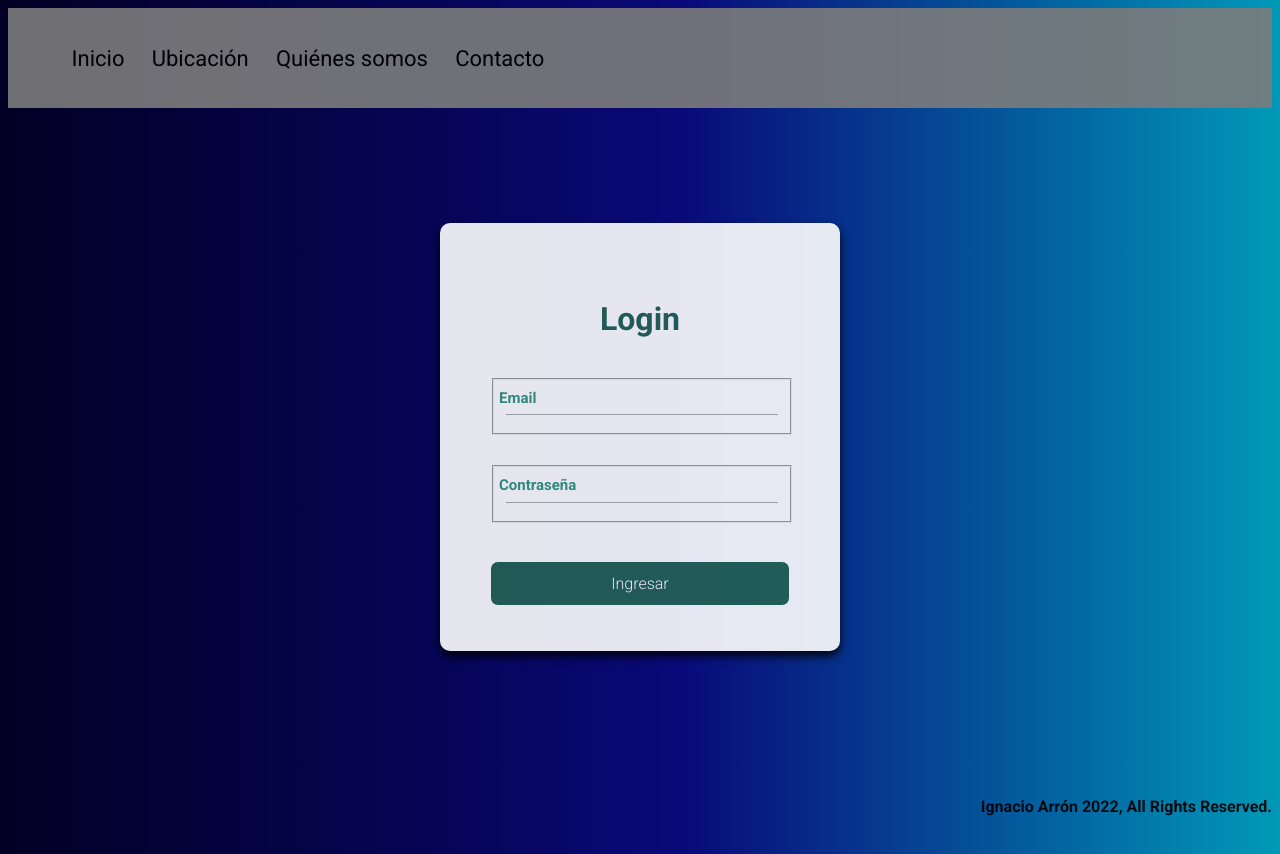
Repository: Divineridh/lppa-parcial2
Page: login.html
An editor plug-in stored every save of this project. The page is shown before and after the next save, followed by the edit.
The browser window is 1280 px wide. The pictures show the whole page.

Above is the page before, as saved 2022-07-04 21:52:05.

### login.html
<!DOCTYPE html>
<html lang="en">
<head>
    <meta charset="UTF-8">
    <meta http-equiv="X-UA-Compatible" content="IE=edge">
    <meta name="viewport" content="width=device-width, initial-scale=1.0">
    <link rel="stylesheet" href="./styles/login.css">
    <link rel="stylesheet" href="./styles/style.css">
    <script src="./scripts/login.js"></script>
    <link rel="shortcut icon" href="images/favicon.ico" type="image/x-icon">
    <title>Login page</title>
</head>
<body>
    <header>
        <nav>
            <a href="#" target="_blank">Inicio</a>
            <a href="#" target="_blank">Ubicación</a>
            <a href="#" target="_blank">Quiénes somos</a>
            <a href="#" target="_blank">Contacto</a>
        </nav>
    </header>
    <form class="form">
        <h2 class="form-title">Login</h2>
        <fieldset class="form-group">
            <label class="form-label-text" for="txtEmail">Email</label>
            <input class="form-text" type="email" id="txtEmail" placeholder=" ">
            <label class="form-label-error hidden" for="txtEmail">Ingrese un email válido</label>
        </fieldset>
        <fieldset class="form-group">
            <label class="form-label-text" for="txtPassword">Contraseña</label>
            <input class="form-text" type="password" id="txtPassword" placeholder=" ">
            <label class="form-label-error hidden" for="txtPassword">Ingrese una contraseña válido</label>
        </fieldset>
        <input class="form-button" type="submit" value="Ingresar" id="loginBtn">
        <label id="label-error-login" class="form-label-error" hidden></label>
    </form>
    <footer>
        <p>
            Ignacio Arrón 2022, All Rights Reserved.
        </p>
    </footer>
</body>
</html>

### styles/login.css
.form{
    background-color: var(--blanco);
    margin: 100px auto;
    width: 90%;
    max-width: 400px;
    padding: 50px;
    padding-bottom: 25px;
    border-radius: 10px;
    box-shadow: 0px 5px 10px;
    text-align: center;
}

.form-title{
    font-size: 32px;
    margin-bottom: 40px;
    font-weight: 700;
    color: var(--verdeClaro)
}

.form-container{
    margin-top: 50px;
    display:flex;
}

.form-group{
    width: 100%;
    position: relative;
    margin-bottom: 30px;
}

.form-text{
    width: 100%;
    background: none;
    margin-bottom: 8px;
    color: rgb(112, 108, 108);
    font-size: 16px;
    padding: 5px 3px;
    border:none;
    outline:none;
    border-bottom: 1px solid rgb(87, 87, 87, 0.49);
    font-family: 'Roboto', sans-serif;
}

.form-text:focus + .form-lblTxt, .form-txt:not(:placeholder-shown) + .form-lblTxt{
    transform: translateY(-13px) scale(0.9);
    transform-origin: left top;
}

.form-label-text{
    color: var(--verdeAgua);
    position:absolute;
    font-size: 15px;
    top:0;
    left:5px;
    font-weight: bold;
    transform: translateY(9px);
    transform-origin: left bottom;
    transition: transform .5s;
}

.form-label-error{
    width: 100%;
    color:rgb(255, 0, 0);
    text-align: center;
}

.form-img{
    width: 20%;
    height: 20%;
}

.form-button{
    width: 100%;
    background-color: var(--verdeClaro);
    color:var(--blanco);
    font-family: 'Roboto', sans-serif;
    font-weight: 300;
    font-size: 16px;
    padding: 12px 0px;
    border: 1px solid;
    border-radius: 8px;
    cursor: pointer;
    transition: background-color .3s;
    margin-top: 8px;
    margin-bottom: 20px;
}

.form-button:hover{
    color: var(--verdeClaro);
    background-color: var(--blanco);
}

### styles/style.css
@import url('https://fonts.googleapis.com/css2?family=Roboto:wght@300;400;700&display=swap');

*{
    box-sizing: border-box;
    --azul: rgb(56, 102, 242);
    --blanco: rgb(255, 255, 255);
    --gris: rgb(221, 221, 221);
    --negro: rgb(0, 0, 0);
    --verdeOscuro: rgb(15, 54, 45);
    --verdeClaro: rgb(36, 99, 85);
    --verdeAgua: rgb(54, 150, 129);
    --verdeHeader: rgb(17, 96, 0);
}

body{
    font-family: 'Roboto', sans-serif;
    opacity: 0.9;
    background: rgb(2,0,36);
    background: linear-gradient(90deg, rgba(2,0,36,1) 0%, rgba(6,5,86,1) 34%, rgba(9,9,121,1) 53%, rgba(0,153,184,1) 100%);
    background-position: 0 0,40px 40px;
    display:flex;
    flex-direction: column;
}

header{
    width: 100%;
    height: 100px;
    padding: 0px 50px;
    margin-bottom: 15px;
    display: flex;
    justify-content: space-between;
    align-items: center;
    background-color: #7c7c7c
}

header h1{
    font-weight: 700;
    font-size: 40px;
    color:var(--blanco);
}

header nav{
    display:inherit;
    justify-content: space-around;
    width: 500px;
}

header nav a{
    text-decoration: none;
    font-weight: 400;
    font-size: 22px;
    color:var(--negro);
}

header nav i{
    font-size: 22px;
}

header nav a:hover, i:hover{
    color: var(--blanco);
    cursor: pointer;
}

footer{
    width: 100%;
    height: 50px;
    display: flex;
    justify-content: right;
    align-items: bottom;
    margin-top: 30px;
    margin-bottom: 15px;
}

footer p{
    color: rgb(0, 0, 0);
    font-weight: 700;
    text-align: center;
}

.hidden{
    display:none;
}

### scripts/login.js
window.onload = function() {
    SessionCheck();
    GetElements();
    HideLabels();
    submit.onclick = (e) => {
        e.preventDefault();
        if (FieldValidations()) {
            errorLogin.classList.toggle("hidden", true);
            Request();
        }
    }
}

function SessionCheck() {
    if (localStorage.logged == "true") {
        location = "./dashboard.html";
    }
}

function GetElements() {
    email = document.getElementById("txtEmail");
    password = document.getElementById("txtPassword");
    submit = document.getElementById("loginBtn")
    errorLogin = document.getElementById("label-error-login")
}

function Login(data) {
    if (data.error == false) {
        localStorage.logged = "true";
        location = "./dashboard.html";
    }
}

function FieldValidations() {
    validate = true;
    if (password.value.length < 7) {
        pass.labels[1].classList.toggle("hidden", false);
        validate = false;
    }
    if (!email.value.match(/[a-z0-9]+@[a-z]+\.[a-z]{2,3}/)) {
        email.labels[1].classList.toggle("hidden", false);
        validate = false;
    }
    return validate;
}

function HideLabels() {
    email.onfocus = () => {
        email.labels[1].classList.toggle("hidden", true);
        errorLogin.classList.toggle("hidden", true);
    }
    password.onfocus = () => {
        password.labels[1].classList.toggle("hidden", true);
        errorLogin.classList.toggle("hidden", true);
    }
}

function Request() {
    fetch("https://basic-server-one.vercel.app/login", {
        method: "POST",
        headers: { "Content-Type": "application/json"},
        body: JSON.stringify({
        email: email.value,
        password: password.value
        })
    })
        .then(response => response.json())
        .then(data => Login(data))
        .catch(error => console.log(error))
}

After the next save:
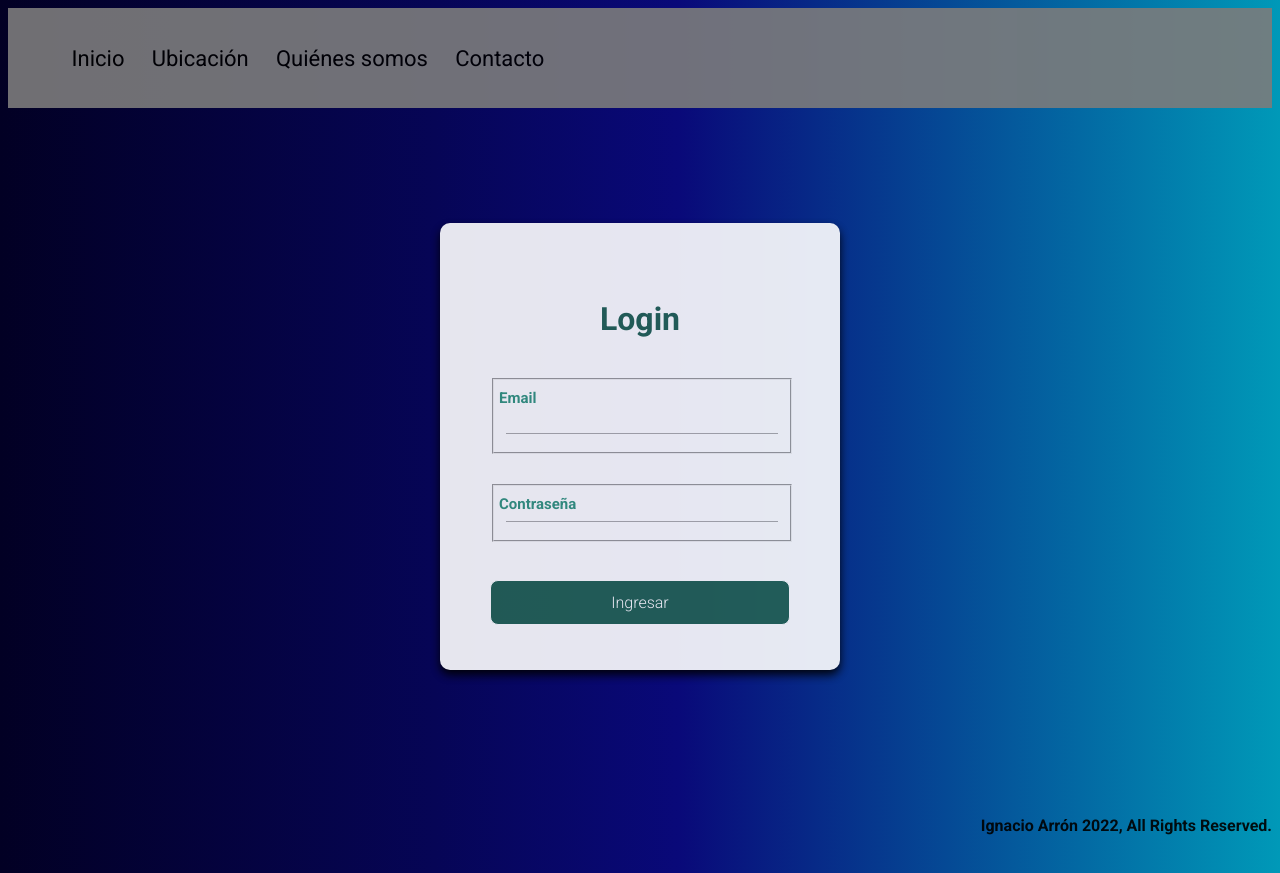
Saved 93 s later.
--- a/login.html
+++ b/login.html
@@ -22,7 +22,7 @@
     <form class="form">
         <h2 class="form-title">Login</h2>
         <fieldset class="form-group">
-            <label class="form-label-text" for="txtEmail">Email</label>
+            <label class="form-label-text" for="txtEmail">Email</label><br>
             <input class="form-text" type="email" id="txtEmail" placeholder=" ">
             <label class="form-label-error hidden" for="txtEmail">Ingrese un email válido</label>
         </fieldset>
